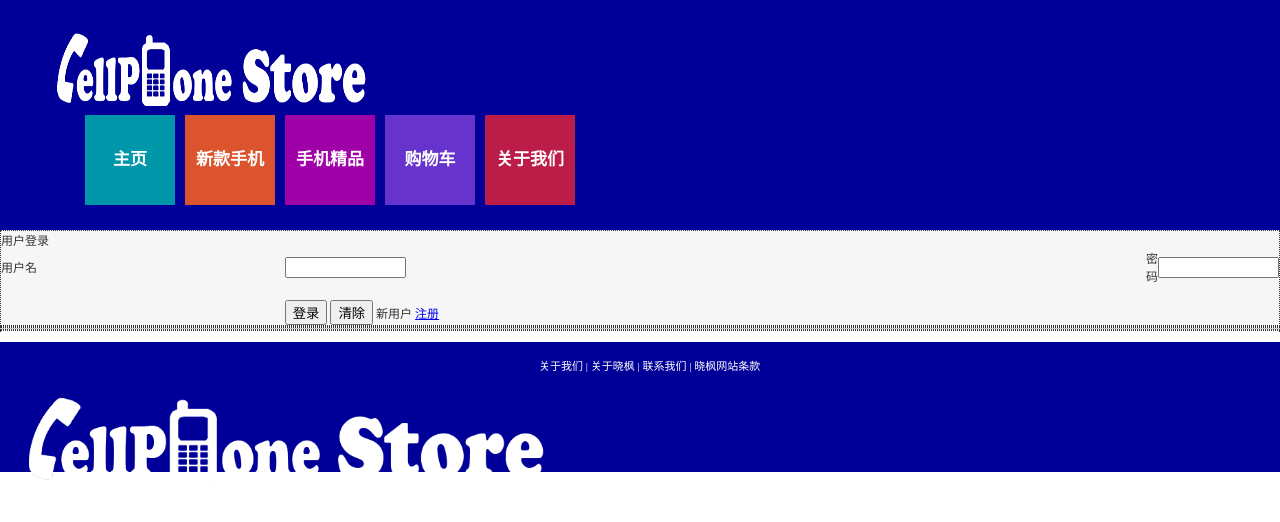
Repository: Jefsky/phonemarket
Page: http://localhost/phonemarket/user/index.jsp
An editor plug-in stored every save of this project. The page is shown before and after the next save, followed by the edit.
The browser window is 1280 px wide. The pictures show the whole page.
The page is served by Tomcat 9. Queries for data that is not in the repository find no rows.

Above is the page before, as saved 2014-06-26 01:54:09.

After the next save:
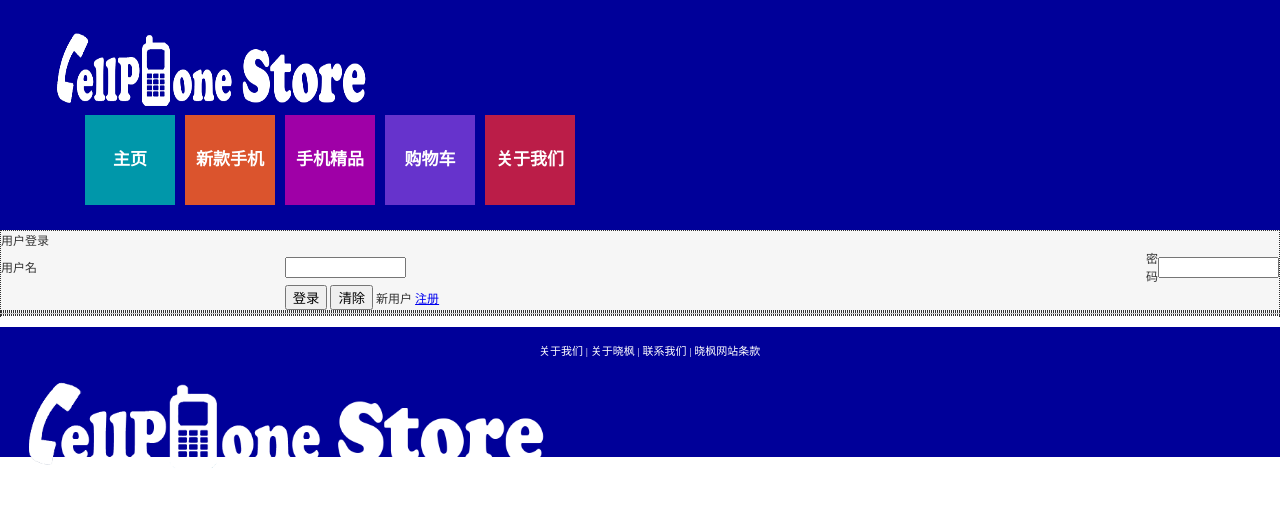
Saved 7 s later.
--- a/phonemarket/phonemarket/WebContent/user/login.jsp
+++ b/phonemarket/phonemarket/WebContent/user/login.jsp
@@ -47,10 +47,6 @@
 		</tr>
 		<tr>
 			<td>&nbsp;</td>
-
-		</tr>
-		<tr>
-			<td>&nbsp;</td>
 			<td colspan="2">
 			 <input name="loginbutton" type="submit" value="登录">
 			 <input type="reset" value="清除">
